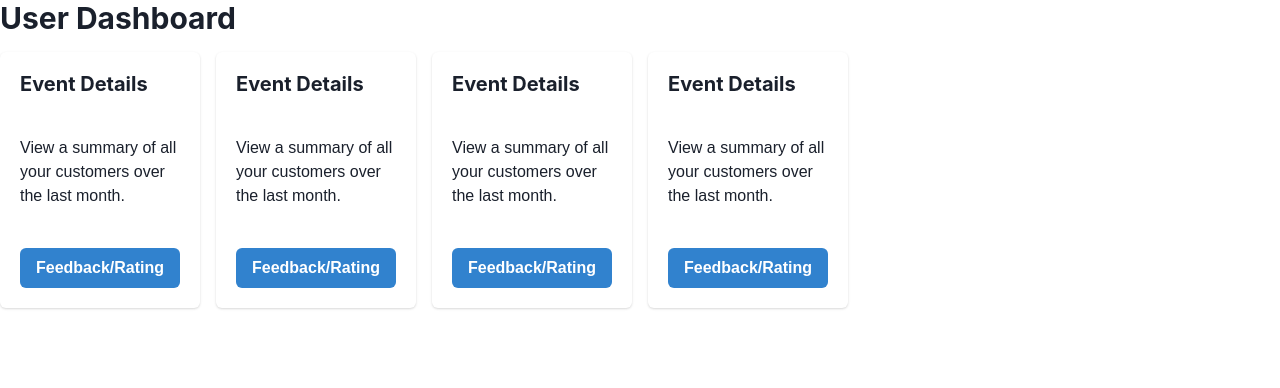
Repository: Junaidify/Event-Management-System
Page: /events (app in Frontend/)
The author's editor kept a copy of each file at every save. The page is drawn from the files as they stood at one save, then again after a run of saves.
The browser window is 1280 px wide. The pictures show the whole page.
The project was rebuilt for these pictures with package versions that can differ from the ones it lists, and the page was loaded fresh each time. Requests to the local data server were answered from the project's data file. Also part of the build but not shown: Frontend/vite.config.js, Frontend/src/hooks/postEvent.js, Frontend/src/admin/EventCreate.jsx, Frontend/src/hooks/login.js, Frontend/src/admin/Login.jsx, Frontend/src/admin/FeedbackRating.jsx.

Above is the page before, as saved 2024-08-17 18:54:35.

After the next 3 saves:
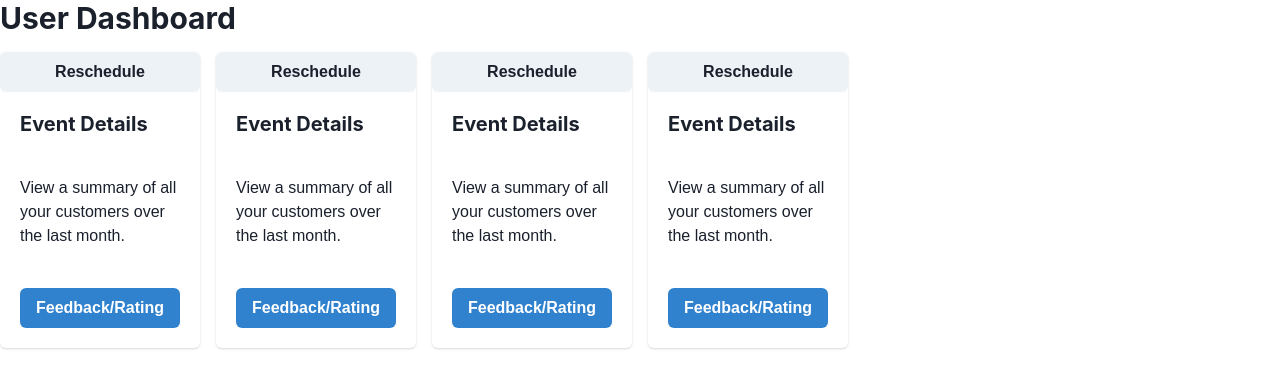
The 3 saves are shown as one change because 1 did not build or start and some came seconds apart.
The last was saved 29 s later.
--- a/Frontend/src/user/userDashboard.jsx
+++ b/Frontend/src/user/userDashboard.jsx
@@ -39,6 +39,7 @@
       >
         {getEvents.map((event) => (
           <Card key={event.id}>
+             <Button onClick={() => handleReschedule()}>Reschedule</Button>
             <CardHeader>
               <Heading size="md">Event Details</Heading>
             </CardHeader>
